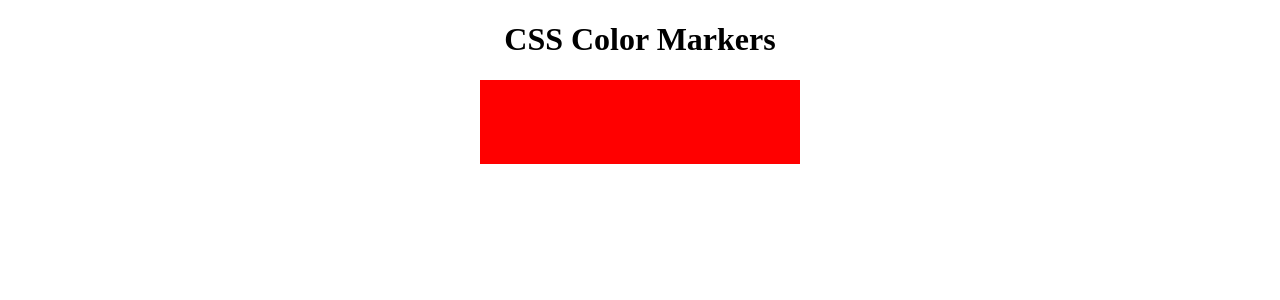
Repository: Lungdjos/color_markers
Page: index.html
The author's editor kept a copy of each file at every save. The page is drawn from the files as they stood at one save, then again after a run of saves.
The browser window is 1280 px wide. The pictures show the whole page.

Above is the page before, as saved 2023-09-13 10:57:10.

### index.html
<!DOCTYPE html>
<html lang="en">

<head>
    <meta charset="UTF-8">
    <meta name="viewport" content="width=device-width, initial-scale=1.0">
    <title>Colored Markers</title>
    <link rel="stylesheet" href="styles.css">
</head>

<body>
    <h1>CSS Color Markers</h1>
    <div class="container">
        <div class="marker"></div>
        <div class="marker"></div>
        <div class="marker"></div>
    </div>
</body>

</html>

### styles.css
/* STYLING */

h1 {
    text-align: center;
}

.marker {
    background-color: red;
    width: 320px;
    height: 28px;
    margin: auto;
}

After the next 2 saves:
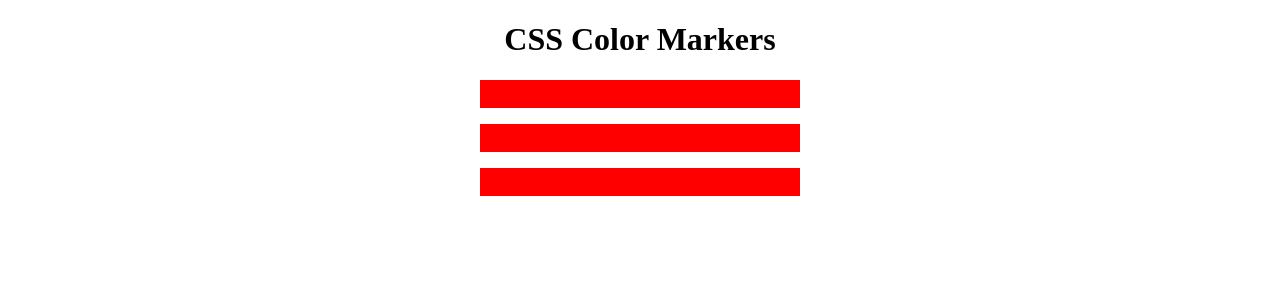
The 2 saves are shown as one change because they came seconds apart.
The last was saved 57 s later.
--- a/styles.css
+++ b/styles.css
@@ -8,5 +8,5 @@
     background-color: red;
     width: 320px;
     height: 28px;
-    margin: auto;
+    margin: 16px auto;
 }
